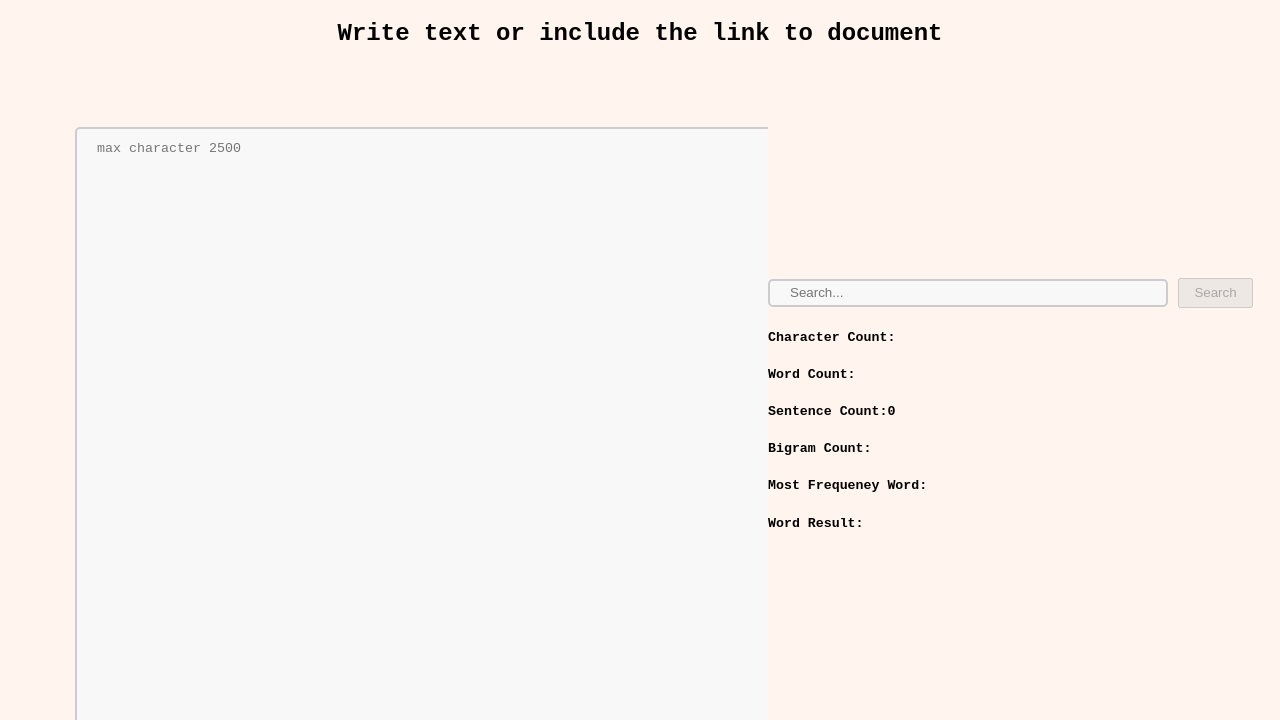
Repository: zitac234/TTPProject
Page: /
An editor plug-in stored every save of this project. The page is shown before and after the next save, followed by the edit.
The browser window is 1280 px wide. The pictures show the whole page.
The project was rebuilt for these pictures with package versions that can differ from the ones it lists, and the page was loaded fresh each time. Also part of the build but not shown: webpack.config.js.

Above is the page before, as saved 2021-06-20 03:25:30.

### public/index.html
<!DOCTYPE html>
<html lang="en">
<head>
      <meta charset="UTF-8">
      <meta http-equiv="X-UA-Compatible" content="IE=edge">
      <meta name="viewport" content="width=device-width, initial-scale=1.0">
      <script src="/bundle.js" defer></script>
      <title>Google Word Count</title>
      <link rel="stylesheet" href="/style.css" />
</head>
<body>
      <div id="app"></div>
</body>
</html>

### client/index.js
import React from 'react';
// import Form from './Form'
import CreateForm from './CreateForm'
import ReactDOM from 'react-dom';

ReactDOM.render(
  // <Form/>,
  <CreateForm/>,
  document.getElementById('app')
)

### client/CreateForm.js
import React, { useState } from 'react'
import Form  from './Form'

// export default class CreateForm extends React.Component{
//       constructor(){
//             super()
//             this.state = {
//                   search :'',
//                   text : '',
//             }
//             this.handleChange = this.handleChange.bind(this)
//             this.handleSubmit = this.handleSubmit.bind(this)
//             this.countSentence = this.countSentence.bind(this)
//       }
//       handleChange(evt){
//             this.setState({
//                   [evt.target.name]: evt.target.value
//             })
//       }
//       countSentences(){
//             let regex = /[!\.\?]/
//             let textSplit = this.state.text.split(regex)
//             let sentenceArray = textSplit.filter(sentence => sentence && sentence.trim())
//             return sentenceArray.length
//       }
//       async handleSubmit (evt){
//             evt.preventDefault()
//       }
//       render(){
//             return (
//                   <Form
//                   {...this.state }
//                   handleChange={this.handleChange}
//                   handleSubmit={this.handleSubmit}
//                   numberOfSentence = {this.countSentences}
//                   />
//             )
//       }
// }

export default function CreateForm (props) {
      const [text, setText] = useState('')
      const [search, setSearch] = useState('')
      let numberOfSentence =  0
      function handleChange(evt){
            if(evt.target.name === 'text') setText(evt.target.value)
            else setSearch(evt.target.value)
      }
      function handleSubmit(evt){
            evt.preventDefault()
      }
      return(
            <Form
                  // {...this.state }
                  text={text}
                  search={search}
                  handleChange={handleChange}
                  handleSubmit={handleSubmit}
                  numberOfSentence = {countSentences }
                  />
      )
}
const countSentences = (str)=>{
      let regex = /[!\.\?]/
      let textSplit = str.split(regex)
      let sentenceArray = textSplit.filter(sentence => sentence && sentence.trim())
      return sentenceArray.length
}
const countWords = (str)=>{
      let textSplit = str.split(' ')
      let wordArray = textSplit.filter(word => word && word.trim())
      return wordArray.length
}

### client/Form.js
import React from 'react'

export default function Form(props){
      console.log('props', props)
      return (
            <div>
                  <h2 id = 'paragraph'>Write text or include the link to document</h2>
                  <div className = 'split left'>
                        <div  className = 'centered'>
                              <p  id = 'line'><textarea  name= 'text'   onChange={props.handleChange} id = 'textarea'  placeholder = 'max character 2500' maxLength='2500'></textarea></p>
                        </div>
                  </div>
                  <div className = 'split right'>
                        <div className = 'centered'>
                              <form  onSubmit={props.handleSubmit} >
                                    <input  name="search"  onChange={props.handleChange} type="text" placeholder = 'Search...'/>
                                    <button  type='submit' disabled={!props.search}>Search</button>
                              </form>
                              <h5>Character Count:</h5>
                              <h5>Word Count:</h5>
                              <h5>Sentence Count:{props.numberOfSentence(props.text)}</h5>
                              <h5>Bigram  Count:</h5>
                              <h5>Most Frequeney Word:</h5>
                              <h5>Word Result:</h5> {/*word serch result */}
                        </div>
                  </div>
            </div>
      )
}

### public/style.css
body{
      font-family: 'Courier New', Courier, monospace;
      background-color: seashell;
}
.split{
      height: 100%;
      position: fixed;
      z-index: 1;
      top: 0;
      overflow-x: hidden;
      overflow-y: hidden
}
#line{
      border-right: 2px solid red;
      padding: 75px;
}
.left{
      left:0;
      width: 60%;
}
.right{
      right:0%;
      width: 40%;
}
.centered {
      position: absolute;
      top: 5%;
}
textarea {
      width: 700px;
      height: 650px;
      left: 5%;
}
input{
      margin-top: 50%;
      width: 400px;
      height:25px;
}
input, textarea{
      padding: 12px 20px;
      box-sizing: border-box;
      border: 2px solid #ccc;
      border-radius: 5px;
      background-color: #f8f8f8;
      resize: none;
}
button{
      width:75px;
      height: 30px;
      margin-left: 10px;
}
#paragraph{
      text-align: center;
}

After the next save:
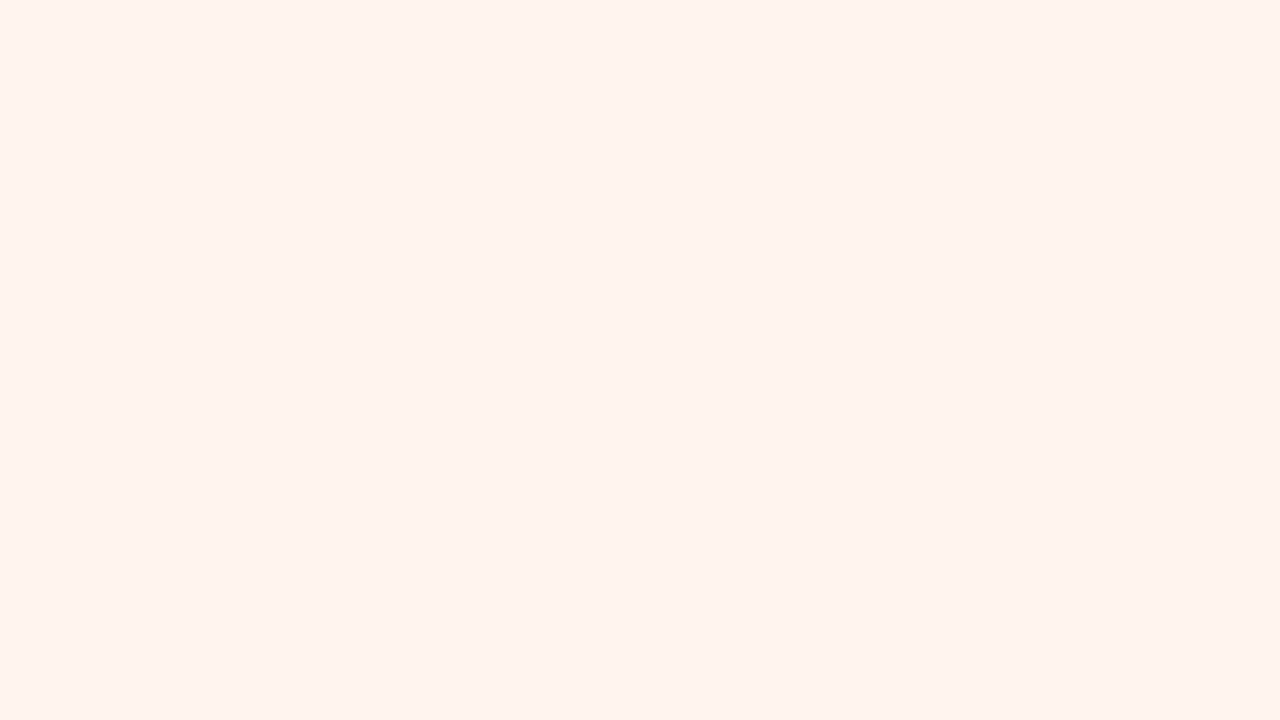
Console error: TypeError: 0 is not iterable
Saved 11 s later.
--- a/client/CreateForm.js
+++ b/client/CreateForm.js
@@ -41,7 +41,7 @@
 export default function CreateForm (props) {
       const [text, setText] = useState('')
       const [search, setSearch] = useState('')
-      let numberOfSentence =  0
+      let[ numberOfSentence] =  0
       function handleChange(evt){
             if(evt.target.name === 'text') setText(evt.target.value)
             else setSearch(evt.target.value)

After the 6 saves that followed:
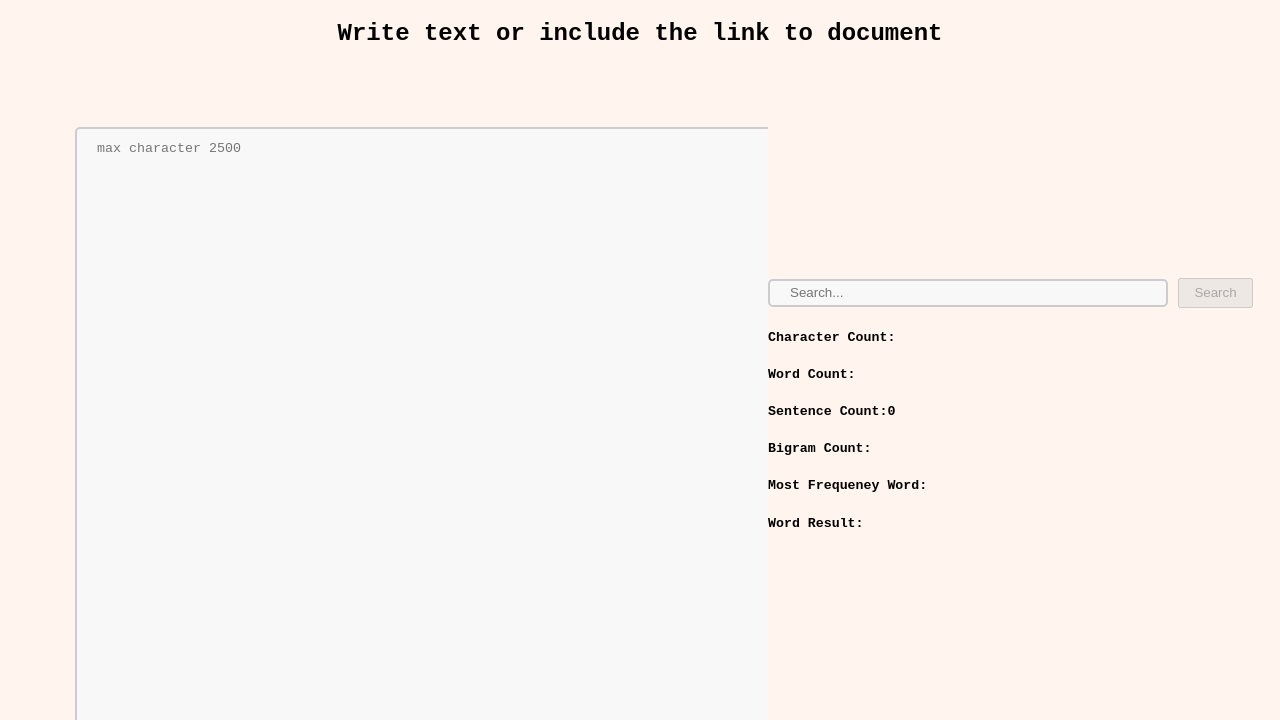
The error is gone.
The 6 saves are shown as one change because 1 left the picture as it was and some came seconds apart.
The last was saved 17 s later.
--- a/client/CreateForm.js
+++ b/client/CreateForm.js
@@ -41,7 +41,7 @@
 export default function CreateForm (props) {
       const [text, setText] = useState('')
       const [search, setSearch] = useState('')
-      let[ numberOfSentence] =  0
+      let[ numberOfSentence, numberOfWord] =  [0, 0]
       function handleChange(evt){
             if(evt.target.name === 'text') setText(evt.target.value)
             else setSearch(evt.target.value)
